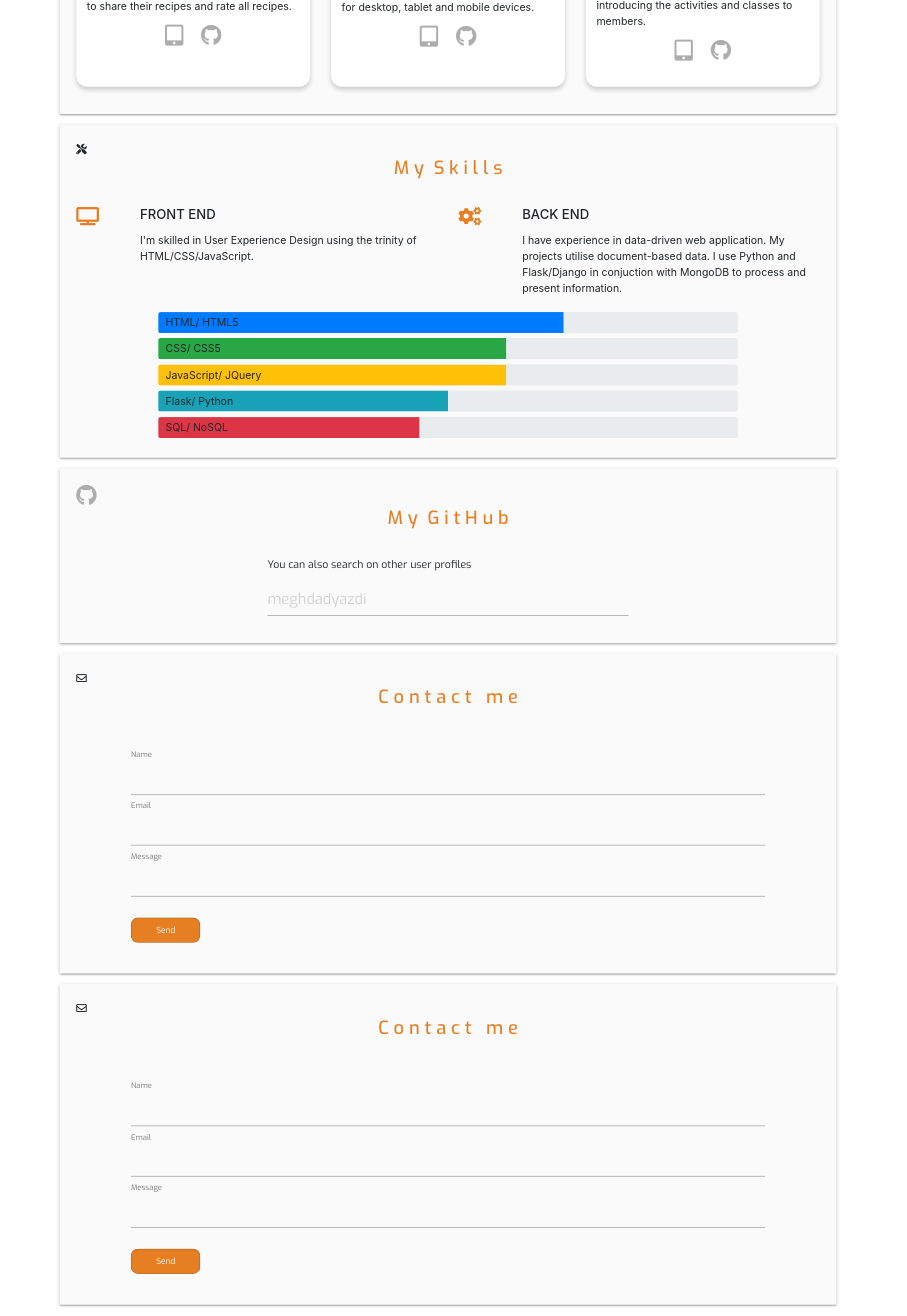
Repository: meghdadyazdi/SD_Res
Page: index.html
The author's editor kept a record of every edit. The page is drawn from the files as they stood at one moment, then again after the next edit.
The browser window is 1280 px wide. The page is 1295 px wide, so the pictures cover 1295 px, including what lies to the right of the window. The pictures show the part of the page from y = 967 to 2847 px (the page is 2847 px tall before and 2569 px after), at 70% of full size.
Some web libraries are served in a nearby version.

Above is the page before.
Console error: ReferenceError: $ is not defined

### index.html
<!DOCTYPE html>
<html lang="en">

<head>
  <meta charset="UTF-8">
  <meta name="viewport" content="width=device-width, initial-scale=1.0">
  <meta http-equiv="X-UA-Compatible" content="ie=edge">
  <link rel="stylesheet" href="https://cdnjs.cloudflare.com/ajax/libs/materialize/1.0.0/css/materialize.min.css">
  <link href="https://fonts.googleapis.com/icon?family=Material+Icons" rel="stylesheet">
  <link rel="stylesheet" href="assets/style.css" type="text/css" />
  <link href="https://fonts.googleapis.com/css?family=Raleway:100,100i,200,200i,300,300i,400,400i,500,500i,600,600i,700,700i,800,800i,900,900i&display=swap&subset=latin-ext" rel="stylesheet">
  <link rel="stylesheet" href="https://stackpath.bootstrapcdn.com/bootstrap/4.4.1/css/bootstrap.min.css" integrity="sha384-Vkoo8x4CGsO3+Hhxv8T/Q5PaXtkKtu6ug5TOeNV6gBiFeWPGFN9MuhOf23Q9Ifjh" crossorigin="anonymous">
  <link href="https://fonts.googleapis.com/css?family=Roboto+Slab:400,700&display=swap" rel="stylesheet">
  <link rel="stylesheet" href="https://use.fontawesome.com/releases/v5.6.1/css/all.css" integrity="sha384-gfdkjb5BdAXd+lj+gudLWI+BXq4IuLW5IT+brZEZsLFm++aCMlF1V92rMkPaX4PP" crossorigin="anonymous">
  <link href="https://fonts.googleapis.com/css?family=Dosis&display=swap" rel="stylesheet">
  <script type="text/javascript" src="assets/js/github-information.js"></script>
  <title>Meghdad Yazdi's Resume</title>

  <script type="text/javascript" src="https://cdn.jsdelivr.net/npm/emailjs-com@2.3.2/dist/email.min.js"></script>
  <script type="text/javascript">
    (function() {
      emailjs.init("user_qJqSswG9orTrNOoYLmxQi");
    })();
  </script>
</head>

<body>



  <nav>
    <div class="nav-wrapper">
      <a id="home" href="index.html" class="brand-logo">Home</a>
      <a href="#" data-target="mobile-demo" class="sidenav-trigger"><i class="material-icons">menu</i></a>
      <ul class="right hide-on-med-and-down">
        <li><a href="#about">About</a></li>
        <li><a href="#projects">Projects</a></li>
        <li><a href="#skills">My Skils</a></li>
        <li><a href="#github">Git Hub</a></li>
        <li><a href="#contact">Contact me</a></li>
        <li><a href="#contact">My CV</a></li>
      </ul>
    </div>
    <ul class="sidenav text-font" id="mobile-demo">
      <li><a href="#about">About</a></li>
      <li><a href="#projects">Projects</a></li>
      <li><a href="#skills">My Skils</a></li>
      <li><a href="#github">Git Hub</a></li>
      <li><a href="#contact">Contact me</a></li>
      <li><a href="#contact">My CV</a></li>
    </ul>
  </nav>


  <section class="container">
    <div class="card-panel grey lighten-5 z-depth-1">
      <div class="row valign-wrapper">
        <div class="col-sm-4 center">
          <!--<div class="col my_img">-->
          <img src="assets/images/meghdad_res2.jpg" alt="" class="circle responsive-img center">
          <!-- notice the "circle" class -->
          <!--</div>-->
        </div>
        <div class="col-sm-8 center">
          <div class="row">
            <div class="col-sm-12 center">
              <span class="black-text name-font">
                Meghdad Yazdi
              </span>
            </div>
            <div class="col-sm-12 center">
              <span class="black-text my-font">
                Full Stack Developer
              </span>
            </div>
          </div>
        </div>
      </div>
    </div>
  </section>

  <section class="container">
    <div class="card-panel grey lighten-5 z-depth-1">
      <div><i class="far fa-user icons"></i></div>
      <div class="row">
        <div class="col-sm-12 text-font">
          <h3 id="about" class="three-reasons-icon">A b o u t</h3>
        </div>
        <div class="col-sm-6 col-md-4 text-font m0">

          <p>
            I'm a physicist and a skilled Fullstack developer with a wealth of diverse life and technical experience that I bring to every project.
          </p>
        </div>
        <div class="col-sm-6 col-md-4 text-font m0">
          <!--<h3>HOW DO I DO IT?</h3>-->
          <p>
            I follow form as well as function. I know that aesthetics of effective design combined with application speed, security and reliability creates a great user experience.
          </p>
        </div>
        <div class="col-sm-6 col-md-4 text-font m0">
          <!--<h3>WHY HIRE ME</h3>-->
          <p>
            I work quickly and effectively in getting things built and working across the stock. I'm an excellent communicator who thrives in bright and enthusiastic teams, I'm also a self-starter when I work solo.
          </p>
        </div>
      </div>
    </div>
  </section>


  <section class="container">
    <div class="card-panel grey lighten-5 z-depth-1">
      <div><i class="fas fa-cog icons"></i></div>
      <div class="row align-items-center">
        <div class="col-sm-12 text-font">
          <h3 id="projects" class="three-reasons-icon">P r o j e c t s</h3>
        </div>

        <div class="col-sm-12 col-md-6 col-lg-4">
          <div id="cook" class="card">
            <img id="img-cook" src="assets/images/cookbook.png" alt="CooKBooK" class="work-img" style="width:100%">
            <div class="container">
              <h4><b>CooKBooK</b></h4>
              <h5>Flask, Python, Jquery, MongoDB</h5>
              <p>A site to search recipes. Users signs in/up to share their recipes and rate all recipes.</p>
              <div class="par"><a href="https://cookbook-meghdad.herokuapp.com" target="_blank"><i class="fas fa-tablet-alt"></i></a> &nbsp&nbsp&nbsp&nbsp
                <a href="https://github.com/meghdadyazdi/cookbook" target="_blank"><i class="fab fa-github"></i></a></div>
            </div>
          </div>
        </div>


        <div class="col-sm-12 col-md-6 col-lg-4">
          <div id="tetris" class="card">
            <img id="img-tetris" src="assets/images/Tetris.png" alt="Tetris Game" class="work-img" style="width:100%">
            <div class="container">
              <h4><b>Tetris Game</b></h4>
              <h5>Javascript, JQuery, HTML</h5>
              <p>Inspired by famous Tetris game. Optimized for desktop, tablet and mobile devices.</p>
              <div class="par"><a href="https://meghdadyazdi.github.io/IFD-Milestone/" target="_blank"><i class="fas fa-tablet-alt"></i></a> &nbsp&nbsp&nbsp&nbsp
                <a href="https://github.com/meghdadyazdi/IFD-Milestone" target="_blank"><i class="fab fa-github"></i></a></div>
            </div>
          </div>
        </div>


        <div class="col-sm-12 col-md-6 col-lg-4">
          <div id="gym" class="card">
            <img id="img-gym" src="assets/images/gym.png" alt="Gym" class="work-img" style="width:100%">
            <div class="container">
              <h4><b>Perfect Gym</b></h4>
              <h5>HTML, CSS, Bootstrap</h5>
              <p>A front-end design for a gym for introducing the activities and classes to members.</p>
              <div class="par"><a href="https://meghdadyazdi.github.io/UCFD-Milestone/index.html" target="_blank"><i class="fas fa-tablet-alt"></i></a> &nbsp&nbsp&nbsp&nbsp
                <a href="https://github.com/meghdadyazdi/UCFD-Milestone" target="_blank"><i class="fab fa-github"></i></a></div>
            </div>
          </div>
        </div>

      </div>

    </div>
  </section>

  <section class="container">
    <div class="card-panel grey lighten-5 z-depth-1">
      <div><i class="fas fa-tools icons"></i></div>
      <div class="col-sm-12 text-font">
        <h3 id="skills" class="three-reasons-icon">M y &nbspS k i l l s</h3>
      </div>
      <div class="row">
        <div class="col-10 offset-1 offset-sm-0 col-sm-6">
          <div class="row">
            <div class="col-2">
              <i class="three-reasons-icon fa fa-tv" aria-hiden="true"></i>
            </div>
            <div class="col-10">
              <h5 class="three-reasons-heading uppercase">FRONT END</h5>
              <p>I'm skilled in User Experience Design using the trinity of HTML/CSS/JavaScript.
              </p>
            </div>
          </div>
        </div>
        <div class="col-10 offset-1 offset-sm-0 col-sm-6">
          <div class="row">
            <div class="col-2">
              <i class="three-reasons-icon fa fa-cogs" aria-hiden="true"></i>
            </div>
            <div class="col-10">
              <h5 class="three-reasons-heading uppercase">BACK END</h5>
              <p>
                I have experience in data-driven web application. My projects utilise document-based data. I use Python and Flask/Django in conjuction with MongoDB to process and present information.
              </p>
            </div>
          </div>
        </div>
      </div>


      <div class="row progress-section">
        <div class="col">
          <div class="progress">
            <div class="progress-bar" role="progressbar" aria-valuenow="90" aria-valuemin="0" aria-valuemax="100" style="width:70%;">
              <span class="sr-only">70% complete</span>
            </div>
            <span class="progress-type progress-font">HTML/ HTML5</span>
          </div>
          <div class="progress">
            <div class="progress-bar bg-success" role="progressbar" aria-valuenow="70" aria-valuemin="0" aria-valuemax="100" style="width:60%;">
              <span class="sr-only">600% complete</span>
            </div>
            <span class="progress-type progress-font">CSS/ CSS5</span>
          </div>

          <div class="progress">
            <div class="progress-bar bg-warning" role="progressbar" aria-valuenow="80" aria-valuemin="0" aria-valuemax="100" style="width:60%;">
              <span class="sr-only">60% complete</span>
            </div>
            <span class="progress-type progress-font">JavaScript/ JQuery</span>
          </div>
          <div class="progress">
            <div class="progress-bar bg-info" role="progressbar" aria-valuenow="75" aria-valuemin="0" aria-valuemax="100" style="width:50%;">
              <span class="sr-only">50% complete</span>
            </div>
            <span class="progress-type progress-font">Flask/ Python</span>
          </div>
          <div class="progress">
            <div class="progress-bar bg-danger" role="progressbar" aria-valuenow="80" aria-valuemin="0" aria-valuemax="100" style="width:45%;">
              <span class="sr-only">45% complete</span>
            </div>
            <span class="progress-type progress-font">SQL/ NoSQL</span>
          </div>
        </div>
      </div>

    </div>
  </section>

  <section class="container">
    <div class="card-panel grey lighten-5 z-depth-1">
      <div><i class="fab fa-github icons"></i></div>
      <div class="row bg-color-contact">

        <div class="col-sm-12 text-font">
          <h3 id="github" class="three-reasons-icon">M y &nbspG i t H u b</h3>
        </div>

        <div class="col-md-6 offset-md-3 center-form text-font">

          <p>
            You can also search on other user profiles
          </p>

        </div>
        <div class="col-md-6 offset-md-3 center-form text-font">
          <input type="text" id="gh-username" placeholder="meghdadyazdi" value="" oninput="fetchGitHubInformation()" />
          <div id="gh-user-data"></div>
          <div id="gh-repo-data"></div>
        </div>
      </div>
    </div>
  </section>


  <section class="container">
    <div class="card-panel grey lighten-5 z-depth-1">
      <div><i class="far fa-envelope icons"></i></i></div>
      <div class="col-sm-12 text-font">
          <h3 id="contact" class="three-reasons-icon">C o n t a c t &nbsp m e</h3>
        </div>

      <form id="myform" class="text-font">
        <label>Name</label>
        <input type="text" name="from_name" />
        <label>Email</label>
        <input type="text" name="from_email" />
        <label>Message</label>
        <input type="text" name="project_request" />
        <br><br>
        <button>Send</button>
      </form>

    </div>
  </section>


  <section class="container">
    <div class="card-panel grey lighten-5 z-depth-1">
      <div><i class="far fa-envelope icons"></i></i></div>
      <div class="col-sm-12 text-font">
          <h3 id="contact" class="three-reasons-icon">C o n t a c t &nbsp m e</h3>
        </div>

      <form id="myform" class="text-font">
        <label>Name</label>
        <input type="text" name="from_name" />
        <label>Email</label>
        <input type="text" name="from_email" />
        <label>Message</label>
        <input type="text" name="project_request" />
        <br><br>
        <button>Send</button>
      </form>

    </div>
  </section>





  <div class="row">
    <div class="col d-none d-md-block">
      <div class="go-home">
        <a href="#home"><i class="far fa-hand-point-up up"></i></a>
      </div>
    </div>
  </div>

</body>
<script src="https://cdnjs.cloudflare.com/ajax/libs/jquery/3.4.1/jquery.min.js" integrity="sha256-CSXorXvZcTkaix6Yvo6HppcZGetbYMGWSFlBw8HfCJo=" crossorigin="anonymous"></script>
<script src="https://cdnjs.cloudflare.com/ajax/libs/materialize/1.0.0/js/materialize.min.js"></script>
<script type="text/javascript" src="assets/js/jquery.js"></script>
<script src="https://smtpjs.com/v3/smtp.js"></script>
<script type="text/javascript" src="assets/js/main.js"></script>
<script src="assets/js/sendEmail.js"></script>


</html>

### assets/style.css
@import url('https://fonts.googleapis.com/css?family=Roboto:100,200,300,400,500,600,700|Exo:100,200,300,400,500,600,700');

nav {
    background-color: #e67e22;
}

.sidenav {
    width: 150px;
    background-color: #e67e22;
}

.row .col.m2 {
    width: 50%;
    margin: 0;
}

.row .col.s12 {
    width: 50%;
    margin: 0;
}

.card-panel{
    position: relative;
}

.dark-bg{
    background-color: #676767;
}

.go-home {
  position: fixed;
  right: 25px;
  bottom: 25px;
  width: 50px;
  height: 50px;
  border-radius: 50%;
  background-color: #e67e22;
  color: white;
  text-align: center;
}

.fa-hand-point-up{
  font-size: 40px;
  margin: 5px 2px 0 0;
}

a {
    color: #fff !important;
}

.center {
  display: block;
  margin-left: auto;
  margin-right: auto;
  width: 50%;
}

img.responsive-img {
    max-width: 50%;
}
.name-font{
    font-family: 'Dosis', sans-serif;
    /*font-family: "Roboto", sans-serif;*/
    font-size: 2.5rem;
    font-weight: 400;
    text-align: center;
}
.my-font{
    /*font-family: 'Dosis', sans-serif;*/
    font-family: "Roboto", sans-serif;
    font-size: 1.8rem;
    /*text-align: center;*/
    font-weight: 100;
}
.text-font{
    /*font-family: 'Dosis', sans-serif;*/
    font-family: "Exo", sans-serif;
    font-size: 1rem;
    /*text-align: center;*/
    font-weight: 400;
}
.row{
    margin: 0;
}

.m0{
  margin: 0 !important;
}

.p0{
  padding: 0 !important;
}

/*.row .col-sm-6{*/
/*  margin-top: 5rem; */
/*}*/

a:hover {
    color: #fff !important;
    text-decoration: none !important;
}

.card {
  box-shadow: 0 4px 8px 0 rgba(0,0,0,0.2);
  transition: 0.3s;
  width: 100%;
  height: 380px;
  border-radius: 15px !important;
  border: 0px solid rgba(0,0,0,.125) !important;
}

.card:hover {
  box-shadow: 0 8px 90px 0 rgba(0,0,0,1);
}

.mauto{
  margin: auto !important;
}

.fa-tablet-alt{
  font-size: 30px;
  color: #adadad
}

.fa-tablet-alt:hover{
  transform: rotate(5deg);
  color: #5a5a5a;
}

.fa-github{
  font-size: 30px;
  color: #adadad
}

.fa-github:hover{
  transform: rotate(5deg);
  color: #5a5a5a;
}

.par{
  text-align: center;
}

.work-img{
  filter: grayscale(100%);
}

#img-cook,
#img-tetris,
#img-gym{
  border-radius: 15px;
}

h4{
  margin-top: 1rem !important;
  color: #000;
}

h3{
text-align:center;
font-size:20px;
margin-bottom: 40px !important;
}

.card-img{

}

/*__________________________Skils______________________________*/

.progress{
    position: relative;
    height: 30px !important;
    margin-bottom: 4px;
}

.progress-type{
    position: absolute;
    left: 0;
    font-weight: 400;
    padding: 4px 39px 19px 10px;
    color: #212529;
}

.progress-section{
    margin: 0px auto!important;
    width: 80%;
}

.progress-font{
  font-size: 15px;
}

/*___________________________three reason___________________________________*/

.three-reasons-icon{
    font-size: 26px;
    color: #e67e22;
}

.three-reasons-heading{
    margin-bottom: 15px;
}


/*__________________________Github_____________________________*/
#search-area {
  display: block;
  max-width: 70%;
  margin: 0 auto;
  background: #fff;
  padding: 15px 25px;
  -webkit-box-shadow: 1px 2px 3px -1px rgba(0, 0, 0, 0.4);
  -moz-box-shadow: 1px 2px 3px -1px rgba(0, 0, 0, 0.4);
  box-shadow: 1px 2px 3px -1px rgba(0, 0, 0, 0.4);
  -webkit-border-radius: 4px;
  -moz-border-radius: 4px;
  border-radius: 4px;
}

#gh-api-data {
  display: block;
  padding: 25px 0;
}

#loader {
  display: block;
  width: 200px;
  height: 200px;
  margin: 0 auto;
}


/* page content styles */

.small-name {
  font-size: 0.75em;
  color: #a9a9a9;
  font-style: italic;
}

.avi {
  float: left;
  margin-right: 7px;
  margin-bottom: 7px;
}

.avi img {
  border: 1px solid #ccc;
  padding: 3px;
}

.repo-list {
  display: block;
  clear: both;
  width: 100%;
}

.repo-list ul {
  font-size: 1.2em;
}

.repo-list ul li {
  display: block;
}

.repo-list ul li a {
  font-weight: bold;
  padding: 6px 9px;
  display: block;
  float: left;
  margin-right: 10px;
  margin-bottom: 10px;
  text-decoration: none;
  border: 1px solid #356492;
  -webkit-border-radius: 3px;
  -moz-border-radius: 3px;
  border-radius: 3px;
  color: #fff;
  background-color: #3673af;
  background-image: -webkit-gradient(linear, left top, left bottom, from(#5597d8), to(#3673af));
  background-image: -webkit-linear-gradient(top, #5597d8, #3673af);
  background-image: -moz-linear-gradient(top, #5597d8, #3673af);
  background-image: -ms-linear-gradient(top, #5597d8, #3673af);
  background-image: -o-linear-gradient(top, #5597d8, #3673af);
  background-image: linear-gradient(top, #5597d8, #3673af);
}

.repo-list ul li a:hover {
  background-color: #396895;
  background-image: -webkit-gradient(linear, left top, left bottom, from(#4b87c2), to(#396895));
  background-image: -webkit-linear-gradient(top, #4b87c2, #396895);
  background-image: -moz-linear-gradient(top, #4b87c2, #396895);
  background-image: -ms-linear-gradient(top, #4b87c2, #396895);
  background-image: -o-linear-gradient(top, #4b87c2, #396895);
  background-image: linear-gradient(top, #4b87c2, #396895);
}

.repo-list ul li a:active {
  -webkit-box-shadow: inset 0 3px 5px rgba(0, 0, 0, 0.25);
  -moz-box-shadow: inset 0 3px 5px rgba(0, 0, 0, 0.25);
  box-shadow: inset 0 3px 5px rgba(0, 0, 0, 0.25);
}

.repo-list ul li a span {
  font-family: "Courier New", Courier, "Lucida Typewriter", monospace;
  font-size: 0.9em;
}

/* input field */

#gh-username {
  display: block;
  padding: 0;
  font-size: 1.4em;
  color: #666;
  /*max-width: 550px;*/
  margin-bottom: 15px;
}


#gh-submit {
  display: inline-block;
  padding: 8px 18px;
  font-size: 14px;
  font-weight: bold;
  color: #444;
  text-decoration: none;
  text-shadow: 0 1px 0 rgba(255, 255, 255, 0.8);
  background-color: #eaeaea;
  background-image: -webkit-linear-gradient(#fafafa, #eaeaea);
  background-image: -moz-linear-gradient(#fafafa, #eaeaea);
  background-image: -ms-linear-gradient(top, #fafafa, #eaeaea);
  background-image: -o-linear-gradient(top, #fafafa, #eaeaea);
  background-image: linear-gradient(#fafafa, #eaeaea);
  border-radius: 3px;
  border: 1px solid #ddd;
  border-bottom-color: #c5c5c5;
  -webkit-box-shadow: 0 1px 3px rgba(0, 0, 0, 0.05);
  -moz-box-shadow: 0 1px 3px rgba(0, 0, 0, 0.05);
  box-shadow: 0 1px 3px rgba(0, 0, 0, 0.05);
}

#gh-submit:hover {
  background-color: #dadada;
  background-image: -webkit-linear-gradient(#eaeaea, #dadada);
  background-image: -moz-linear-gradient(#eaeaea, #dadada);
  background-image: -ms-linear-gradient(top, #eaeaea, #dadada);
  background-image: -o-linear-gradient(top, #eaeaea, #dadada);
  background-image: linear-gradient(#eaeaea, #dadada);
  border-color: #ccc #ccc #b5b5b5;
}

#gh-submit:active {
  background-color: #dadada;
  background-image: none;
  border-color: #b5b5b5;
  -webkit-box-shadow: inset 0 3px 5px rgba(0, 0, 0, 0.25);
  -moz-box-shadow: inset 0 3px 5px rgba(0, 0, 0, 0.25);
  box-shadow: inset 0 3px 5px rgba(0, 0, 0, 0.25);
}


/*_______________________________Form_____________________________*/

form {
  width: 90%;
  padding: 20px 25px;
  margin: auto;
  margin-top: 30px;
}
form input,
form textarea {
  font: inherit;
  padding: 5px 5px;
  width: 100%;
  margin-top: 3px;
  margin-bottom: 15px;
  box-sizing: border-box;
}
form button {
  border: 1px solid rgba(0,0,0,0.2);
  padding: 8px 35px;
  font-size: 12px;
  background: #e67e22;
  color: white;
  border-radius: 10px;
}
form label {
  color: #777;
  font-size: 11px;
  margin-bottom: 2px;
  display: block;
}

button:focus {
    background-color: #934500;
}

### assets/js/main.js
function sendEmail() {
	Email.send({
	Host: "smtp.gmail.com",
	Username : "meghdad23@gmail.com",
	Password : "",
	To : 'meghdadyazdi@yahoo.com',
	From : "meghdad23@gmail.com",
	Subject : "helloommmmmmmmmm",
	Body : "",
	}).then(
		message => alert("mail sent successfully")
	);
}

Loaded but not shown: assets/js/github-information.js (80 lines, source omitted); assets/js/jquery.js (43 lines, source omitted); assets/js/sendEmail.js (no copy from this time; the picture is the same without it)

After the next edit:
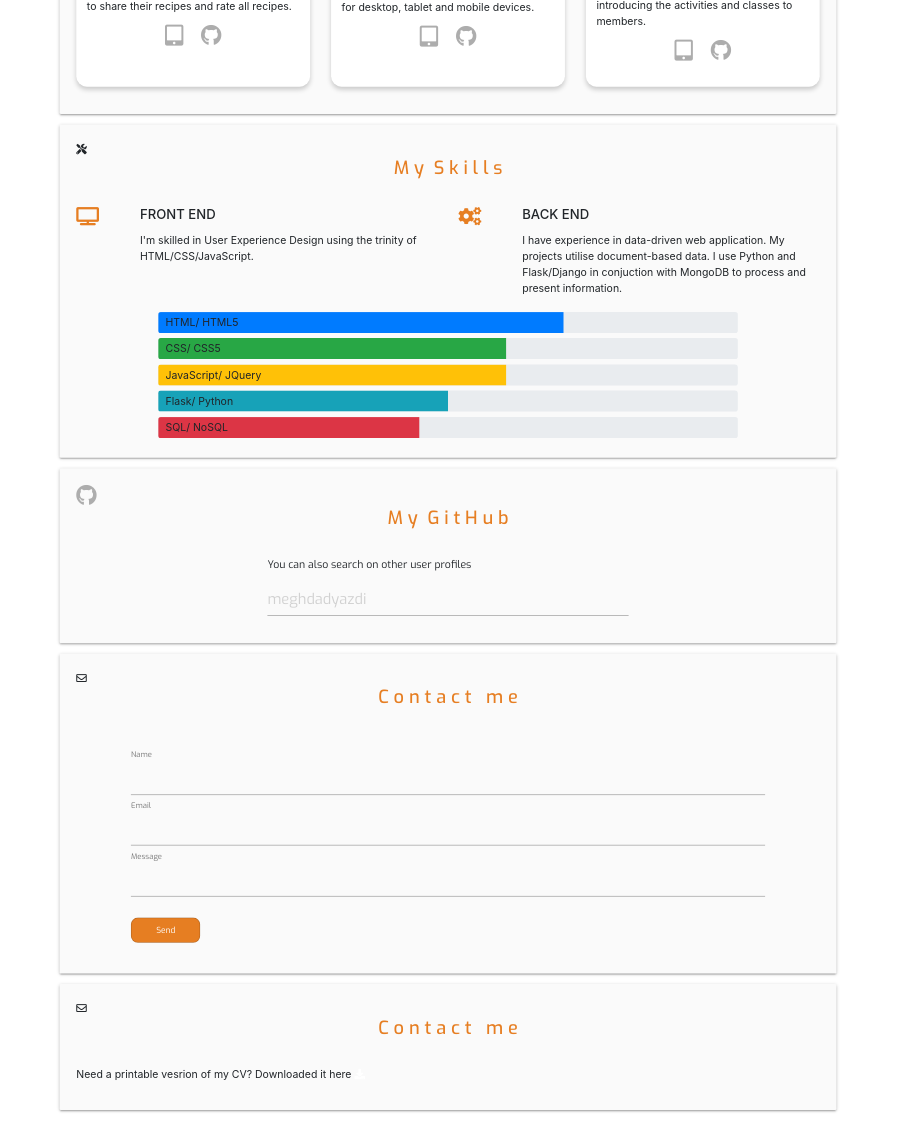
The edit:
--- a/index.html
+++ b/index.html
@@ -265,10 +265,11 @@
 
   <section class="container">
     <div class="card-panel grey lighten-5 z-depth-1">
-      <div><i class="far fa-envelope icons"></i></i></div>
+      <div><i class="far fa-envelope icons"></i></i>
+      </div>
       <div class="col-sm-12 text-font">
-          <h3 id="contact" class="three-reasons-icon">C o n t a c t &nbsp m e</h3>
-        </div>
+        <h3 id="contact" class="three-reasons-icon">C o n t a c t &nbsp m e</h3>
+      </div>
 
       <form id="myform" class="text-font">
         <label>Name</label>
@@ -287,21 +288,19 @@
 
   <section class="container">
     <div class="card-panel grey lighten-5 z-depth-1">
-      <div><i class="far fa-envelope icons"></i></i></div>
+      <div><i class="far fa-envelope icons"></i></i>
+      </div>
       <div class="col-sm-12 text-font">
-          <h3 id="contact" class="three-reasons-icon">C o n t a c t &nbsp m e</h3>
-        </div>
-
-      <form id="myform" class="text-font">
-        <label>Name</label>
-        <input type="text" name="from_name" />
-        <label>Email</label>
-        <input type="text" name="from_email" />
-        <label>Message</label>
-        <input type="text" name="project_request" />
-        <br><br>
-        <button>Send</button>
-      </form>
+        <h3 id="contact" class="three-reasons-icon">C o n t a c t &nbsp m e</h3>
+      </div>
+
+      <p class="inline-block">
+        Need a printable vesrion of my CV? Downloaded it here
+        <a href="assets/CV/CV_Meghdad Yazdi_sw.pdf" target="_blank" class="cv-pdf">
+                     <i class="fas fa-download" aria-hidden="true"></i>
+                     <span class="sr-only">Doanload link</span>
+                 </a>
+      </p>
 
     </div>
   </section>
